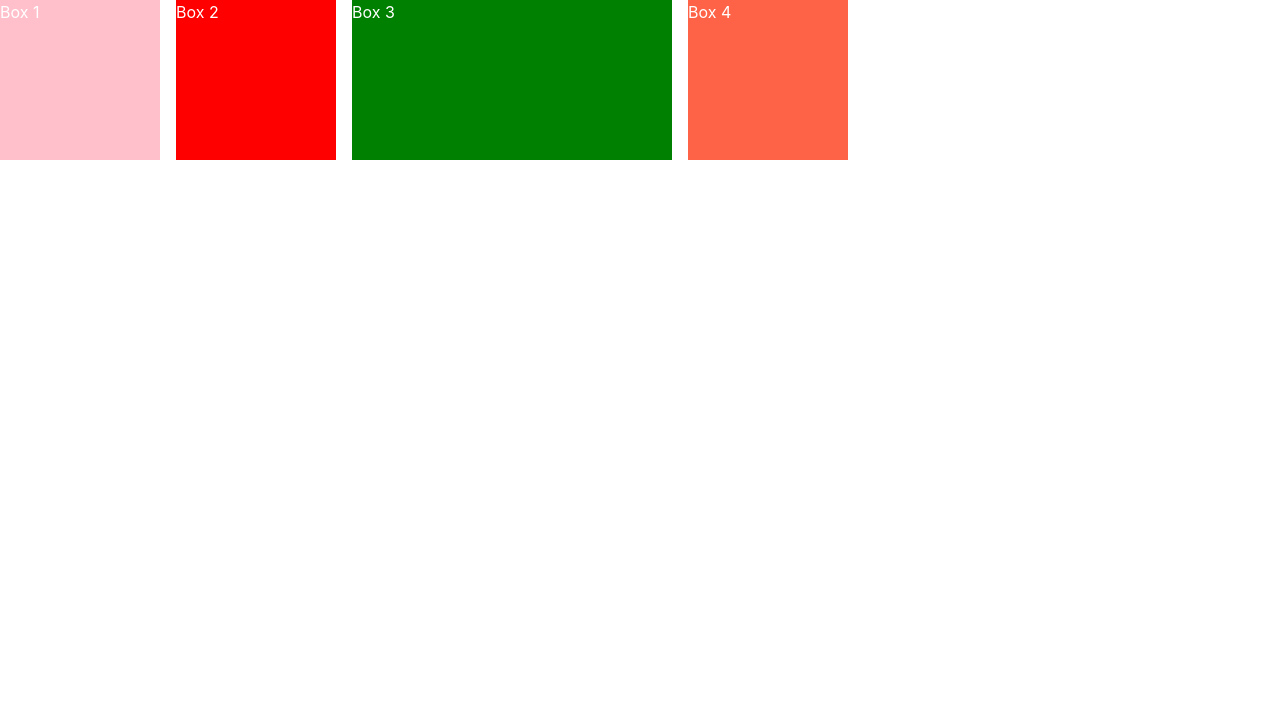
Repository: noutijo/learn-in-depth-chakra-ui
Page: /
An editor plug-in stored every save of this project. The page is shown before and after the next save, followed by the edit.
The browser window is 1280 px wide. The pictures show the whole page.
The project was rebuilt for these pictures with package versions that can differ from the ones it lists, and the page was loaded fresh each time. Also part of the build but not shown: vite.config.ts.

Above is the page before, as saved 2023-01-30 13:56:33.

After the next save:
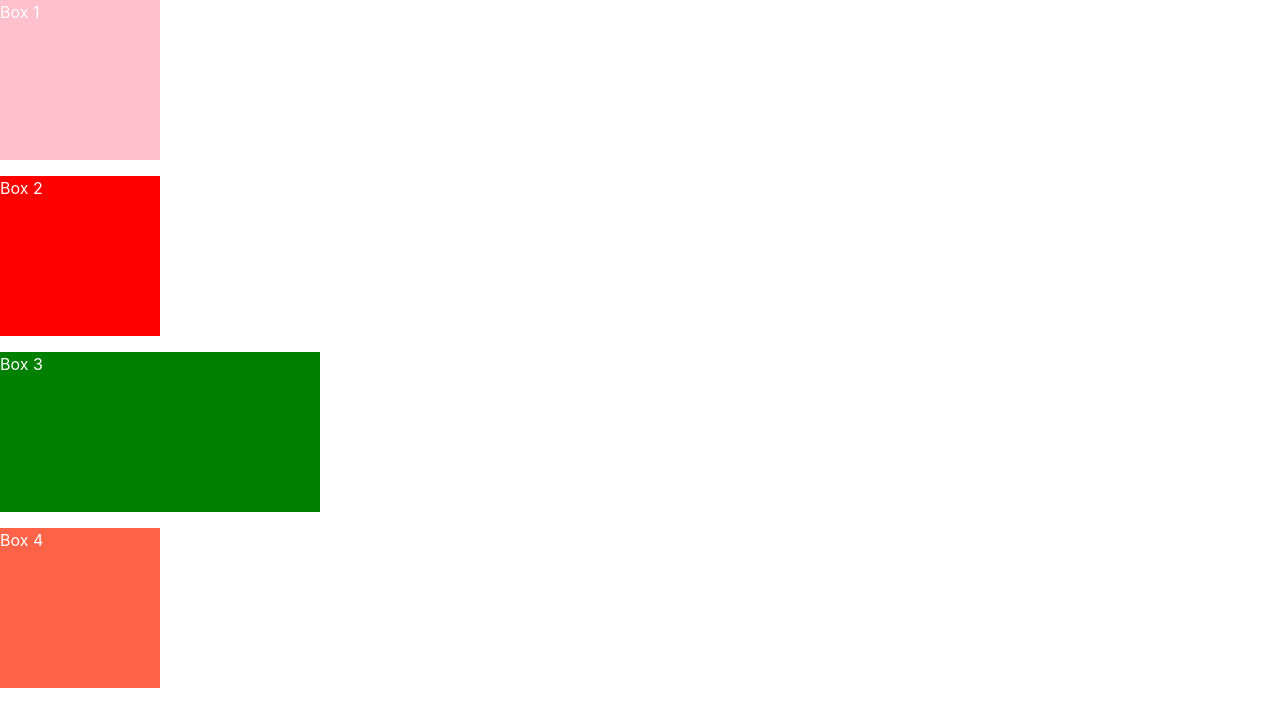
Saved 4 s later.
--- a/src/App.tsx
+++ b/src/App.tsx
@@ -4,7 +4,7 @@
 function App() {
   return (
     <div className="App">
-      <Stack spacing="1rem" direction="">
+      <Stack spacing="1rem" direction="column">
         <Box bg="pink" w="10rem" h="10rem" color="white">
           Box 1
         </Box>

After the save that followed:
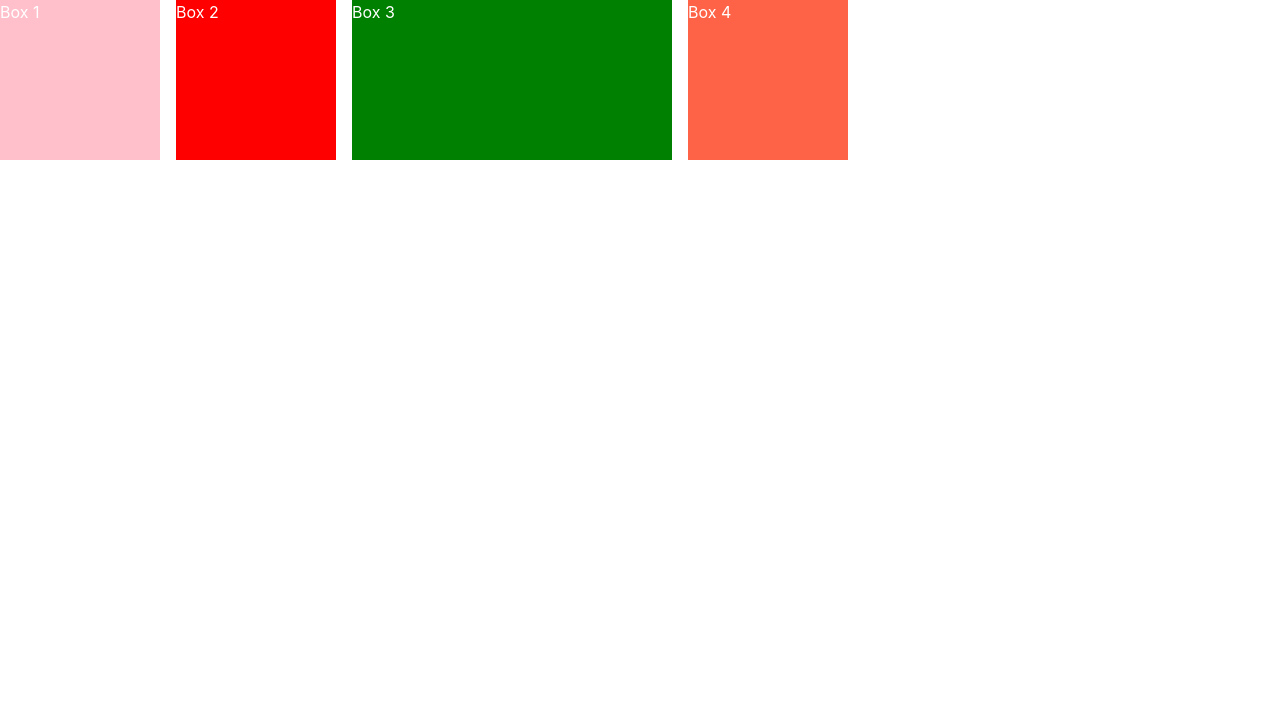
Saved 5 s later.
--- a/src/App.tsx
+++ b/src/App.tsx
@@ -4,7 +4,7 @@
 function App() {
   return (
     <div className="App">
-      <Stack spacing="1rem" direction="column">
+      <Stack spacing="1rem" direction="colu">
         <Box bg="pink" w="10rem" h="10rem" color="white">
           Box 1
         </Box>
